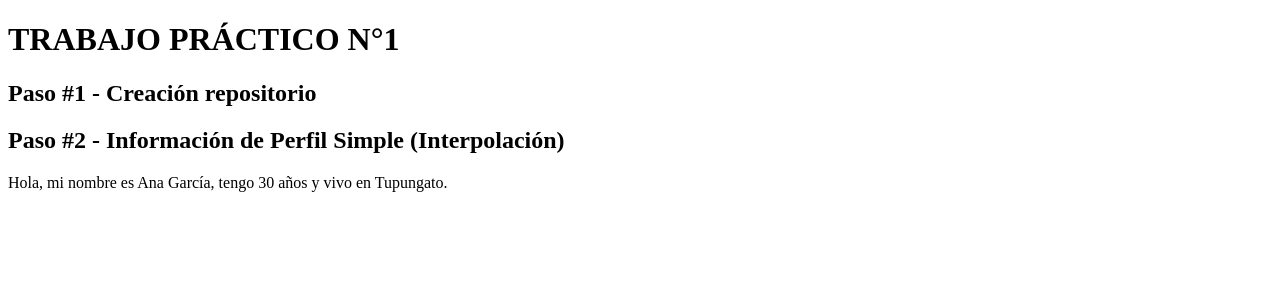
Repository: SofiaSferco/PWA
Page: practico01/index.html
An editor plug-in stored every save of this project. The page is shown before and after the next save, followed by the edit.
The browser window is 1280 px wide. The pictures show the whole page.

Above is the page before, as saved 2025-10-02 22:03:19.

After the next save:
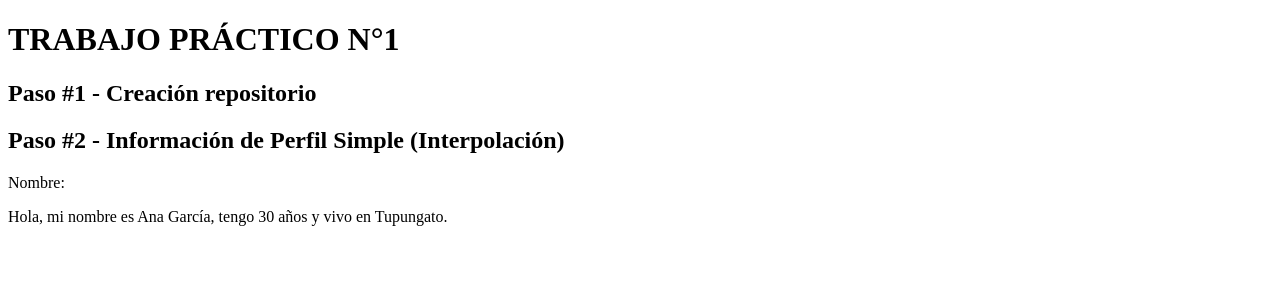
Saved 4 s later.
--- a/practico01/index.html
+++ b/practico01/index.html
@@ -10,7 +10,7 @@
         <h1>TRABAJO PRÁCTICO N°1</h1>
         <h2>Paso #1 - Creación repositorio</h2>
         <h2>{{ segundopaso }}</h2>
-        <p></p>
+        <p>Nombre: </p>
 
         <p>Hola, mi nombre es {{ nombre }}, tengo {{ edad }} años y vivo en {{ ciudad }}.</p>
     </div>
